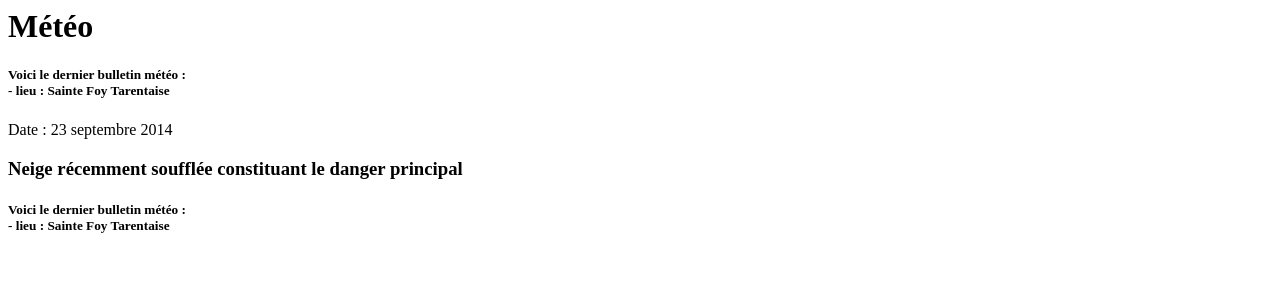
Repository: numericgraphics/Rosiere_Service
Page: www/templates/meteo.html
The author's editor kept a record of every edit. The page is drawn from the files as they stood at one moment, then again after the next edit.
The browser window is 1280 px wide. The pictures show the whole page.

Above is the page before.

After the next edit:
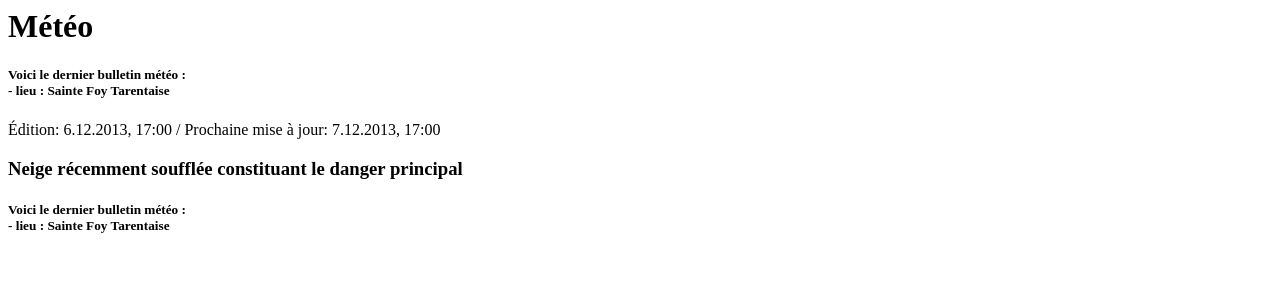
The edit:
--- a/www/templates/meteo.html
+++ b/www/templates/meteo.html
@@ -9,7 +9,7 @@
 
           <div class="card">
           <div class="item item-divider">
-            Date : 23 septembre 2014
+            Édition: 6.12.2013, 17:00 / Prochaine mise à jour: 7.12.2013, 17:00
           </div>
           <div class="item item-text-wrap item-button-right">
             <h3>Neige récemment soufflée constituant le danger principal</h3>
